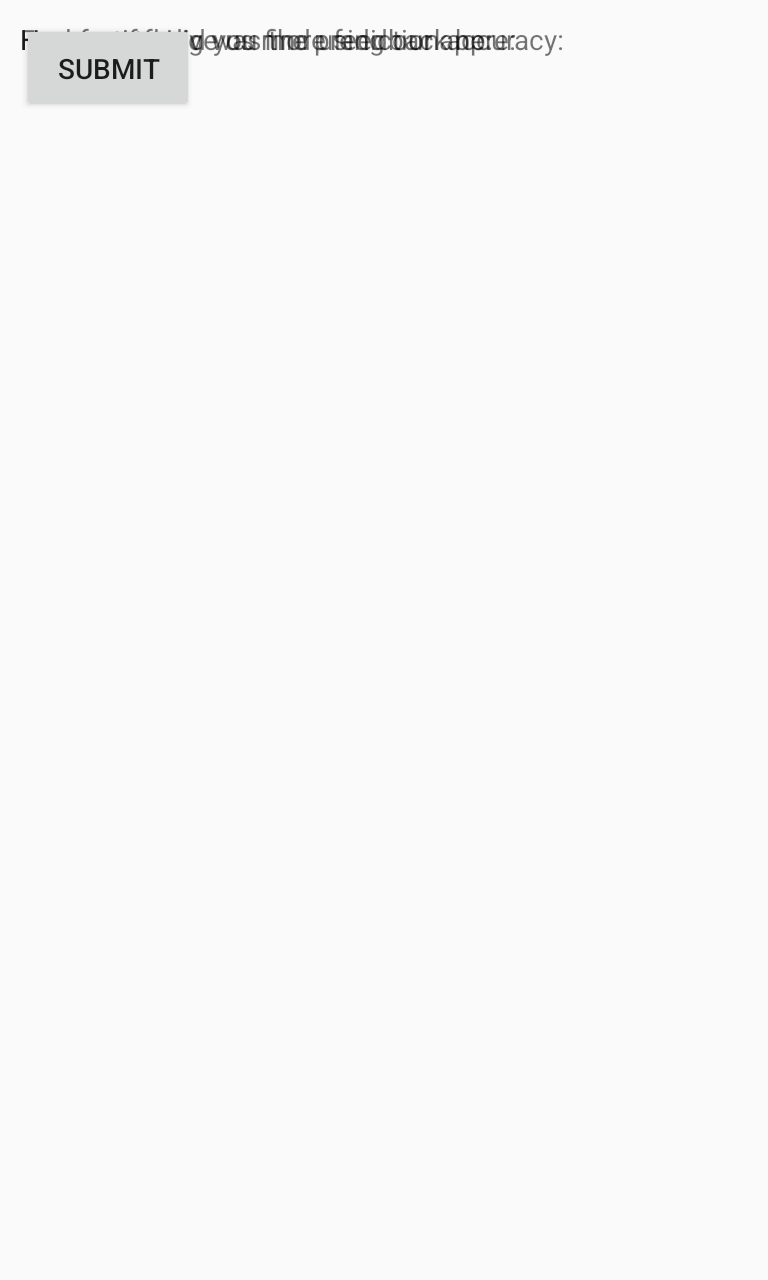
Repository: hessfr/contextRecognition
Layout: androidProjects/ContextRecognition/res/layout/activity_rating.xml
An editor plug-in stored every save of this project. The layout is shown before and after the next save, followed by the edit.
It is drawn on a 768 x 1280 px phone screen (xhdpi) without system bars, with theme AppTheme; the app's code is not run.

Above is the layout before, as saved 2014-05-30 07:24:27.

### androidProjects/ContextRecognition/res/layout/activity_rating.xml
<?xml version="1.0" encoding="utf-8"?>
<LinearLayout xmlns:android="http://schemas.android.com/apk/res/android"
    android:layout_width="match_parent"
    android:layout_height="match_parent"
    android:orientation="vertical"
    android:padding="10dp">

    <RelativeLayout
        android:layout_width="match_parent"
        android:layout_height="match_parent" >

	    <TextView android:layout_width="fill_parent"
	        android:layout_height="wrap_content"
	        android:layout_centerHorizontal="True"
	        android:text="@string/rating_accuracy_satisfaction"/>

	    <TextView android:layout_width="fill_parent"
	        android:layout_height="wrap_content"
	        android:layout_centerHorizontal="True"
	        android:text="@string/rating_useful"/>

	    <TextView android:layout_width="fill_parent"
	        android:layout_height="wrap_content"
	        android:layout_centerHorizontal="True"
	        android:text="@string/rating_free_text"/>

	    <Button
	        android:id="@+id/button1"
	        android:layout_width="wrap_content"
	        android:layout_height="wrap_content"
	        android:layout_centerHorizontal="True"
	        android:text="@string/rating_submit_button" />

    </RelativeLayout>

</LinearLayout>

### androidProjects/ContextRecognition/res/values/strings.xml
<?xml version="1.0" encoding="utf-8"?>
<resources>

    <string name="app_name">ContextRecognition</string>
    <string name="hello_world">Hello world!</string>
    <string name="action_settings">Settings</string>
    <string name="action_rating">Rate our app</string>
    <string name="action_help">Help</string>
    <string name="label_settings">Settings</string>
    <string name="label_rating">Rate our app</string>
    <string name="label_help">Help</string>

    <string name="button_change">Change</string>
    <string name="button_correct">Correct</string>

    <string name="rating_accuracy_satisfaction">How satisfying was the prediction accuracy:</string>
    <string name="rating_useful">How useful did you find using our app:</string>
    <string name="rating_free_text">Feel free to give us more feedback here:</string>
    <string name="rating_submit_button">Submit</string>



    <string name="test">Test123</string>
    <string name="test_office">Office</string>


</resources>

Loaded but not shown: androidProjects/ContextRecognition/res/values/styles.xml (common file); androidProjects/ContextRecognition/res/values-v11/styles.xml (common file); androidProjects/ContextRecognition/res/values-v14/styles.xml (common file)

After the next save:
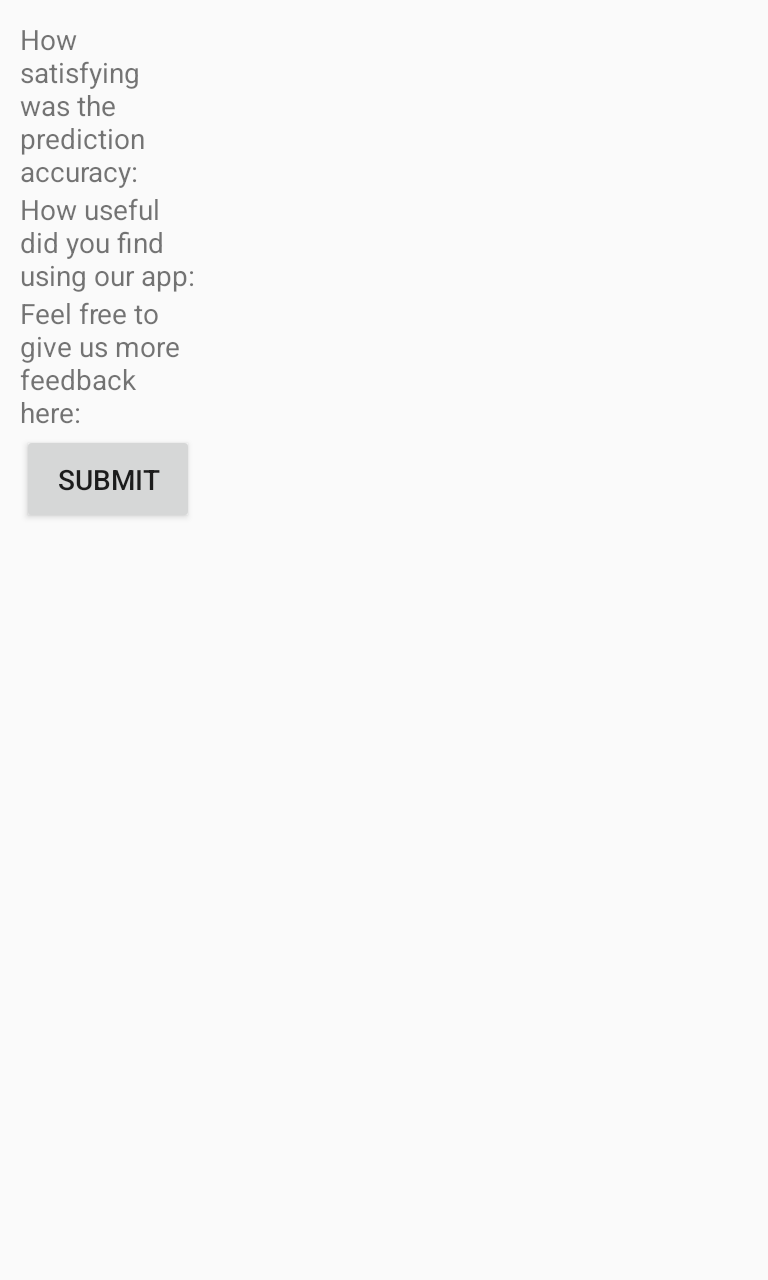
Saved 58 s later.
--- a/androidProjects/ContextRecognition/res/layout/activity_rating.xml
+++ b/androidProjects/ContextRecognition/res/layout/activity_rating.xml
@@ -8,6 +8,11 @@
     <RelativeLayout
         android:layout_width="match_parent"
         android:layout_height="match_parent" >
+
+        <LinearLayout
+	        android:layout_width="wrap_content"
+	        android:layout_height="wrap_content"
+	        android:orientation="vertical">
 
 	    <TextView android:layout_width="fill_parent"
 	        android:layout_height="wrap_content"
@@ -31,6 +36,8 @@
 	        android:layout_centerHorizontal="True"
 	        android:text="@string/rating_submit_button" />
 
+	    </LinearLayout>
+
     </RelativeLayout>
 
 </LinearLayout>
